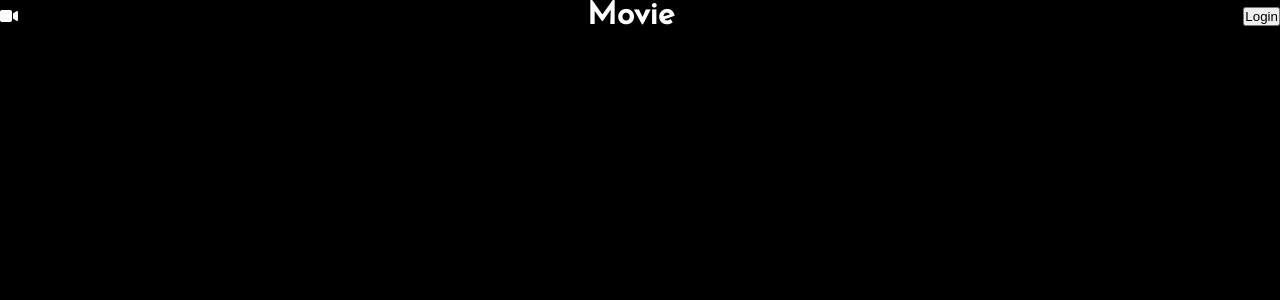
Repository: elice-study/elice_study_vanilla_jinkyu
Page: index.html
These files come from the project's save history. The page is drawn as it stood at one moment and after the next save; the edit follows.
The browser window is 1280 px wide. The pictures show the whole page.
Some web libraries are served in a nearby version.

Above is the page before, as saved 2023-06-01 00:50:30.

### index.html
<!DOCTYPE html>
<html lang="en">
<head>
    <meta charset="UTF-8">
    <meta http-equiv="X-UA-Compatible" content="IE=edge">
    <meta name="viewport" content="width=device-width, initial-scale=1.0">
    <title>Movie</title>
    <!-- <link rel="icon" href="logo.ico"> -->
    <!-- CSS -->
    <link rel="stylesheet" href="style.css">
    <!-- JS -->
    <script src="main.js" defer></script>
    <!-- Font Awesome -->
    <script src="https://kit.fontawesome.com/83424fe51a.js" crossorigin="anonymous"></script>
    <!-- Google Font -->
    <link rel="preconnect" href="https://fonts.googleapis.com">
    <link rel="preconnect" href="https://fonts.gstatic.com" crossorigin>
    <link href="https://fonts.googleapis.com/css2?family=Josefin+Sans&display=swap" rel="stylesheet">
</head>
<body>
    <header id="header">
        <i class="fa fa-video"></i>
        <h1 class="header__title">Movie</h1>
        <div class="header__user">
            <button class="login-btn">Login</button>
        </div>
    </header>
</body>
</html>

### style.css
:root{
}

*{
    box-sizing: border-box;
    padding: 0;
    margin: 0;
}

body{
    background-color: black;
    color: white;
}

#header{
    width: 100%;
    display: flex;
    justify-content: space-between;
    align-items: center;
}

.header__title{
    font-family: 'Josefin Sans', sans-serif;
    color: var(--color-accent);
}

Loaded but not shown: main.js (common file)

After the next save:
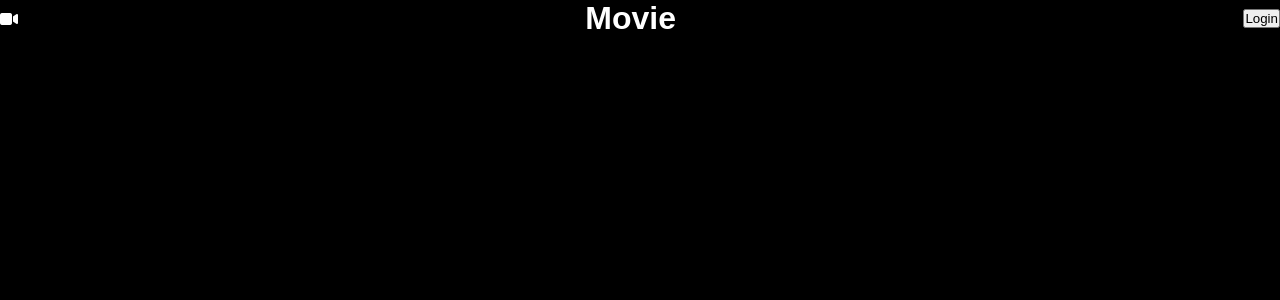
Saved 34 s later.
--- a/index.html
+++ b/index.html
@@ -12,10 +12,6 @@
     <script src="main.js" defer></script>
     <!-- Font Awesome -->
     <script src="https://kit.fontawesome.com/83424fe51a.js" crossorigin="anonymous"></script>
-    <!-- Google Font -->
-    <link rel="preconnect" href="https://fonts.googleapis.com">
-    <link rel="preconnect" href="https://fonts.gstatic.com" crossorigin>
-    <link href="https://fonts.googleapis.com/css2?family=Josefin+Sans&display=swap" rel="stylesheet">
 </head>
 <body>
     <header id="header">
